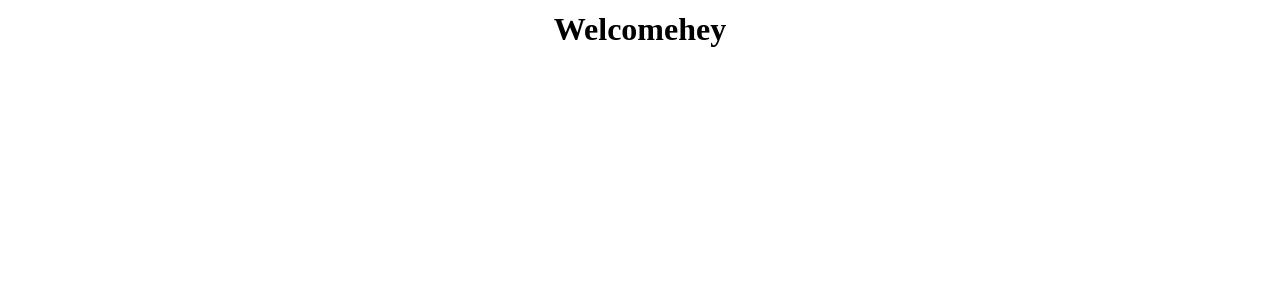
Repository: atout811/insta-task
Page: /
The author's editor kept a copy of each file at every save. The page is drawn from the files as they stood at one save, then again after the next save.
The browser window is 1280 px wide. The pictures show the whole page.
The project was rebuilt for these pictures with package versions that can differ from the ones it lists, and the page was loaded fresh each time.

Above is the page before, as saved 2021-06-02 23:00:07.

### src/App.vue
<template>
  <Welcome title="hey" />
</template>

<script>
import Welcome from "./components/Welcome";
export default {
  name: "App",
  components: { Welcome },
};
</script>

<style lang="scss">
</style>

### src/router/index.js
// import { createRouter, createWebHashHistory } from "vue-router";
// import Home from "../views/Home.vue";

// const routes = [
//   {
//     path: "/",
//     name: "Home",
//   },
//   {
//     path: "/about",
//     name: "About",
//     // route level code-splitting
//     // this generates a separate chunk (about.[hash].js) for this route
//     // which is lazy-loaded when the route is visited.
//     // component: () =>
//     //   import(/* webpackChunkName: "about" */ "../views/About.vue"),
//   },
// ];

// const router = createRouter({
//   history: createWebHashHistory(),
//   routes,
// });

// export default router;

### src/components/Welcome.vue
<template>
  <div class="parent">
    <h1 class="child both">Welcome{{ title }}</h1>
  </div>
</template>

<script>
export default {
  name: "Welcome",
  props: ["title"],
};
</script>

<style lang="scss">
@mixin centerer($horizontal: true, $vertical: true) {
  position: absolute;
  top: 50%;
  left: 50%;
  transform: translate(-50%, -50%);
}
.parent {
  position: relative;
}
.child {
  @include centerer;
}
</style>

Loaded but not shown: public/index.html (common file); src/main.js (common file); src/store/index.js (common file)

After the next save:
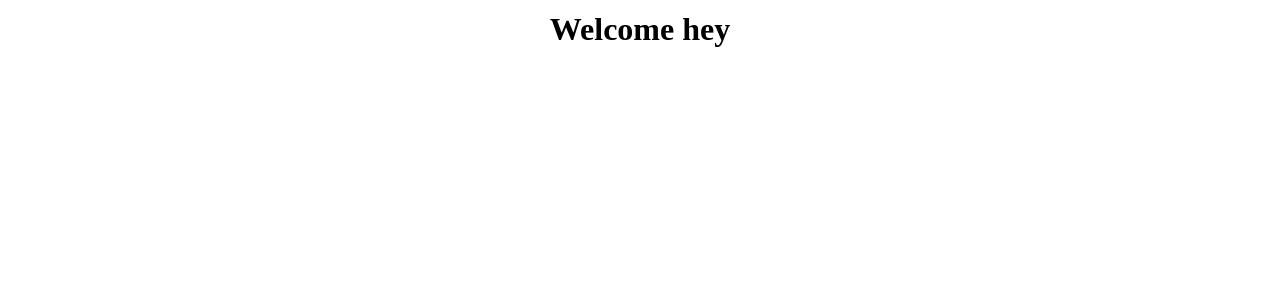
Saved 4 s later.
--- a/src/components/Welcome.vue
+++ b/src/components/Welcome.vue
@@ -1,6 +1,6 @@
 <template>
   <div class="parent">
-    <h1 class="child both">Welcome{{ title }}</h1>
+    <h1 class="child both">Welcome {{ title }}</h1>
   </div>
 </template>
 
